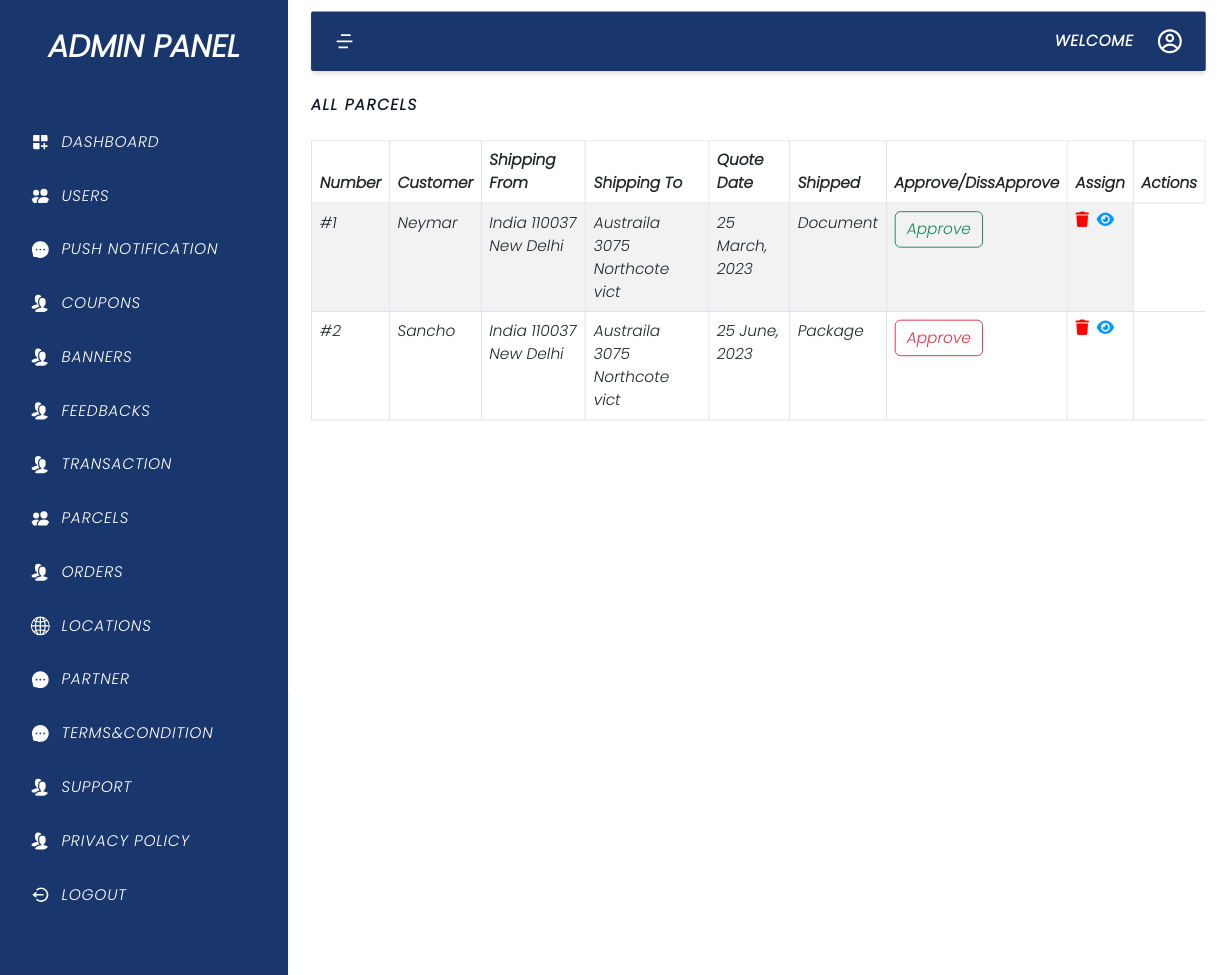
Repository: FlyweisReact/sarita
Page: /astro
An editor plug-in stored every save of this project. The page is shown before and after a run of saves, followed by the edit.
The browser window is 1280 px wide. The pictures show the whole page, at 96% of full size.
Some web libraries are served in a nearby version. The project was rebuilt for these pictures with package versions that can differ from the ones it lists, and the page was loaded fresh each time. Also part of the build but not shown: src/vendorPanel/forms/VendorLogin.jsx, src/vendorPanel/pages/AdminDiscount.js, src/vendorPanel/pages/AdminReview.js, src/vendorPanel/pages/Banners.js, src/vendorPanel/pages/Booking.js, src/vendorPanel/pages/Horoscope.js, src/vendorPanel/pages/Kundli.js, src/vendorPanel/pages/Message.js and 8 more.

Above is the page before, as saved 2023-04-19 13:18:13.

### public/index.html
<!-- @format -->

<!DOCTYPE html>
<html lang="en">
  <head>
    <meta charset="utf-8" />
    <meta name="viewport" content="width=device-width, initial-scale=1" />
    <meta name="theme-color" content="#000000" />
    <meta
      name="description"
      content="Web site created using create-react-app"
    />
    <link rel="apple-touch-icon" href="%PUBLIC_URL%/favicon.ico?v=2" />
    <link rel="manifest" href="%PUBLIC_URL%/manifest.json" />
    <link rel="preconnect" href="https://fonts.googleapis.com">
<link rel="preconnect" href="https://fonts.gstatic.com" crossorigin>
<link href="https://fonts.googleapis.com/css2?family=Roboto+Mono:ital,wght@1,300&display=swap" rel="stylesheet">
    <title>Ship24*7</title>
  </head>
  <body>
    <noscript>You need to enable JavaScript to run this app.</noscript>
    <div id="root"></div>
    <script src="https://code.jquery.com/jquery-3.6.0.min.js"></script>
    <script src="https://kit.fontawesome.com/b533b351e4.js" crossorigin="anonymous"></script>
  </body>
</html>

### src/index.js
import React from "react";
import ReactDOM from "react-dom/client";
import "./index.css";
import App from "./App";
import { BrowserRouter } from "react-router-dom";
import 'bootstrap/dist/css/bootstrap.min.css'

const root = ReactDOM.createRoot(document.getElementById("root"));
root.render(
  <React.StrictMode>
    <BrowserRouter>
      <App />
    </BrowserRouter>
  </React.StrictMode>
);

### src/index.css
/** @format */

@tailwind base;
@tailwind components;
@tailwind utilities;
@import url("https://fonts.googleapis.com/css2?family=Roboto+Mono:ital,wght@1,300&display=swap");
@font-face {
  font-family: Roboto;
  src: url("./Fonts/Poppins-LightItalic.ttf");
}
body {
  margin: 0;
  font-family: Roboto !important;
  -webkit-font-smoothing: antialiased;
  -moz-osx-font-smoothing: grayscale;
}

code {
  font-family: Roboto !important;
}

html {
  font-family: Roboto !important;
}

::-webkit-scrollbar {
  width: 10px;
}
.fa-trash {
  color: red;
  cursor: pointer;
}

.iCOn {

  transition: 0.5s;
  box-shadow: none;
  transform: scale(1);
}
.cardDiv{
  cursor: pointer;
}

.cardDiv:hover .iCOn{
  box-shadow: rgba(0, 0, 0, 0.35) 0px 5px 15px;
  transform: scale(1.3);
}

/* Track */
::-webkit-scrollbar-track {
  background: #f1f1f1;
}

/* Handle */
::-webkit-scrollbar-thumb {
  background: #888;
}

/* Handle on hover */
::-webkit-scrollbar-thumb:hover {
  background: #555;
}
.profileImage {
  width: 100px;
}
.fa-eye {
  color: #029aff;
  cursor: pointer;
}
.fa-edit {
  cursor: pointer;
  color: blue;
}

.View {
  border: 1px solid black;
  width: 100%;
  padding: 10px;
}

.main-card--container {
  display: grid;
  grid-template-columns: repeat(3, minmax(300px, 500px));
  grid-gap: 50px;
  justify-content: space-around;
}
.card-container {
  margin: 25px 0 auto;
  box-shadow: rgba(0, 0, 0, 0.35) 0px 5px 15px;
  position: relative;
  display: grid;
  grid-template-columns: 1fr;
  justify-content: space-around;
  align-items: flex-start;
}

.myEdit:focus {
  box-shadow: rgba(0, 0, 0, 0.35) 0px 5px 15px;
}



.AstroLogin{
  color: #fff;
  background-color: #2b7a8e;
  padding: 10px;
  width: 380px;
  text-align: center;
  font-size: 20px;
  background: linear-gradient(to left, #2b7a8e 50%, #fff 50%) right;
  background-size: 200%;
  transition: 0.5s ease-out;
  border: 1px solid #2b7a8e;
  margin-top: 10px;
  text-transform: uppercase;
}
.AstroLogin:hover {
  background-position: left;
  color: #2b7a8e;
}

.EcommerceAdminLogin{
  color: #fff;
  background-color: #19376d ;
  padding: 10px;
  width: 380px;
  text-align: center;
  font-size: 20px;
  background: linear-gradient(to left, #19376d 50%, #fff 50%) right;
  background-size: 200%;
  transition: 0.5s ease-out;
  border: 1px solid #19376d;
  margin-top: 10px;
  text-transform: uppercase;
}

.EcommerceAdminLogin:hover{
  background-position: left;
  color: #19376d;
}
.EcommerceVendorLogin{
  color: #fff;
  background-color: #576cbc;
  padding: 10px;
  width: 380px;
  text-align: center;
  font-size: 20px;
  background: linear-gradient(to left, #576cbc 50%, #fff 50%) right;
  background-size: 200%;
  transition: 0.5s ease-out;
  border: 1px solid #576cbc;
  margin-top: 10px;
  text-transform: uppercase;
}

.EcommerceVendorLogin:hover{
  background-position: left;
  color: #576cbc;
}

.view{
  background-color: #2196f3;
  color: #fff;
  width: 50%;
  padding: 5px;
}


.two-sec{
display:flex;
justify-content: space-evenly;
  justify-content: space-evenly;
}
.two-sec .left{
  width: 60%;
  background-color: #f6f1ef;
  padding: 20px;
 }
 .two-sec .left .head{
  font-size: 25px;
  font-weight: bold;
 }



.two-sec .right{
  width: 30%;
  background-color: #f6f1ef;
 }

 .searchDiv{
  width: 100%;
  display: flex;
  gap: 10px;
  border: 1px solid rgb(179, 179, 179);
  padding: 10px;
  margin-bottom: 20px;
  align-items: center;
 }
 .searchDiv input {
  width: 94%;
  outline: none;
  border: none;
 }

### src/App.js
/** @format */

import { Routes, Route } from "react-router-dom";
import { ToastContainer } from "react-toastify";
import "react-toastify/dist/ReactToastify.css";
import VendorLogin from "./vendorPanel/forms/VendorLogin";
import AdminDiscount from "./vendorPanel/pages/AdminDiscount";
import AdminReview from "./vendorPanel/pages/AdminReview";
import Astrologers from "./vendorPanel/pages/Astrologers";
import Banners from "./vendorPanel/pages/Banners";
import Booking from "./vendorPanel/pages/Booking";
import Horoscope from "./vendorPanel/pages/Horoscope";
import Kundli from "./vendorPanel/pages/Kundli";
import Message from "./vendorPanel/pages/Message";
import UploadDocs from "./vendorPanel/pages/UploadDocs";
import Users from "./vendorPanel/pages/Users";
import VendorDashboard from "./vendorPanel/pages/VendorDashboard.jsx";
import AdminUsers from "./vendorPanel/pages/AdminUsers";
import AdminBlogs from "./vendorPanel/pages/AdminBlogs";
import AdminCategory from "./vendorPanel/pages/AdminCategory";
import Support from "./vendorPanel/pages/Support";
import AdminTerms from "./vendorPanel/pages/AdminTerms";

function App() {
  return (
    <>
      <ToastContainer />

      <Routes>
        <Route path="/" element={<VendorLogin />} />
        <Route path="/vendorDashboard" element={<VendorDashboard />} />
        <Route path="/msg" element={<Message />} />
        <Route path="/admin/users" element={<AdminUsers />} />
        <Route path="/AdminDiscount" element={<AdminDiscount />} />
        <Route path="/Banners" element={<Banners />} />
        <Route path="/adminReviews" element={<AdminReview />} />

        <Route path="/admin/blogs" element={<AdminBlogs />} />
        <Route path="/book" element={<Booking />} />

        <Route path="/horo" element={<Horoscope />} />
        <Route path="/astro" element={<Astrologers />} />
        <Route path="/kundli" element={<Kundli />} />



        <Route path="/uploadDocs" element={<UploadDocs />} />
        <Route path="/privacy-policy" element={<Users />} />
        <Route path="/admin/category" element={<AdminCategory />} />
        <Route path="/admin/support" element={<Support />} />
        <Route path="/admin/terms" element={<AdminTerms />} />

      </Routes>
    </>
  );
}

export default App;

### src/vendorPanel/pages/Astrologers.js
/** @format */

import React, { useState } from "react";
import HOC from "../layout/HOC";
import { Table, Modal, Form, Button, Container } from "react-bootstrap";

const Astrologers = () => {
  const [modalShow, setModalShow] = React.useState(false);
  const [viewModal, setViewModal] = useState(false);

  // Add Astrologer
  function MyVerticallyCenteredModal(props) {
    return (
      <Modal
        {...props}
        size="lg"
        aria-labelledby="contained-modal-title-vcenter"
        centered
      >
        <Modal.Header closeButton>
          <Modal.Title id="contained-modal-title-vcenter" style={{textTransform : 'uppercase'}}>
            Add Astrologer
          </Modal.Title>
        </Modal.Header>
        <Modal.Body>
          <Form>
           <Form.Select className="mb-3">
            <option>--Select --</option>
            <option>R9</option>
            <option>CR7</option>
            <option></option>
           </Form.Select>
            <Button variant="outline-success" type="submit">
              Submit
            </Button>
          </Form>
        </Modal.Body>
      </Modal>
    );
  }

  // View Astrolger
  function ViewModal(props) {
    return (
      <Modal
        {...props}
        size="lg"
        aria-labelledby="contained-modal-title-vcenter"
        centered
      >
        <Modal.Header closeButton>
          <Modal.Title id="contained-modal-title-vcenter" style={{textTransform : 'uppercase'}}>
            View Quote
          </Modal.Title>
        </Modal.Header>
        <Modal.Body>
          <Container>
            <p className="View">
              {" "}
              <strong>Customer :  </strong> Sancho{" "}
            </p>
            <p className="View">
              {" "}
              <strong> Shipping From :  </strong> India 110037 New Delhi{" "}
            </p>
            <p className="View">
              {" "}
              <strong> Shipping To :  </strong> Australia  3075 Northcote
            </p>
            <p className="View">
              {" "}
              <strong> What is getting Shipped :  </strong> Document {" "}
            </p>
            <p className="View">
              {" "}
              <strong>  Weight : </strong> 60 Grams{" "}
            </p>
            <p className="View">
              {" "}
              <strong> Length (cm) : </strong> 60{" "}
            </p>
            <p className="View">
              {" "}
              <strong> Width :  </strong> 40 {" "}
            </p>
            <p className="View">
              {" "}
              <strong>Height (cm) : </strong> 30.0{" "}
            </p>
            <p className="View">
              {" "}
              <strong> Quantity :  </strong> 2{" "}
            </p>
            <p className="View">
              {" "}
              <strong> Shipment Value :  </strong>  $50{" "}
            </p>

          </Container>
        </Modal.Body>
      </Modal>
    );
  }



  return (
    <>
      <MyVerticallyCenteredModal
        show={modalShow}
        onHide={() => setModalShow(false)}
      />
      <ViewModal show={viewModal} onHide={() => setViewModal(false)} />

      <section>
        <div className="pb-4 sticky top-0  w-full flex justify-between items-center bg-white">
          <span className="tracking-widest text-slate-900 font-semibold uppercase ">
            All Parcels
          </span>
        </div>

        <div className="wcomp overflow-x-auto">
          <Table striped bordered hover>
            <thead>
              <tr>
                <th>Number</th>
                <th>Customer</th>
                <th>Shipping From </th>
                <th>Shipping To</th>
                <th>Quote Date</th>
                <th>Shipped</th>
                <th>Approve/DissApprove</th>
                <th>Assign</th>
                <th>Actions</th>
              </tr>
            </thead>
            <tbody>
              <tr>
              <td>#1</td>
              <td>Neymar</td>
              <td>India 110037 New Delhi</td>
              <td>Austraila 3075 Northcote vict</td>
              <td>25 March, 2023</td>
              <td>Document</td>
              <td>
                <Button variant="outline-success">Approve</Button>
              </td>
                <td>
                  <span className="d-flex gap-2">
                    <i className="fa-solid fa-trash" />
                    <i
                      className="fa-sharp fa-solid fa-eye"
                      onClick={() => setViewModal(true)}
                    ></i>
                  </span>
                </td>
              </tr>
              <tr>
              <td>#2</td>
              <td>Sancho</td>
              <td>India 110037 New Delhi</td>
              <td>Austraila 3075 Northcote vict</td>
              <td>25 June, 2023</td>
              <td>Package</td>
      <td>
      <Button variant="outline-danger">Approve</Button>

      </td>
                <td>
                  <span className="d-flex gap-2">
                    <i className="fa-solid fa-trash" />
                    <i
                      className="fa-sharp fa-solid fa-eye"
                      onClick={() => setViewModal(true)}
                    ></i>
                  </span>
                </td>
              </tr>
            </tbody>
          </Table>
        </div>
      </section>
    </>
  );
};

export default HOC(Astrologers);

### src/vendorPanel/layout/HOC.jsx
import React, { useState } from "react";
import Navbar from "./Navbar";
import Sidebar from "./Sidebar";

const HOC = (Wcomponenet) => {
  return function Component() {
    const [hamb, setHamb] = useState(false);
    return (
      <>
        <section className="flex overflow-x-hidden relative">
          {/* Sidebar */}
          <div
            className={
              hamb
                ? " absolute top-0 z-30 md:w-auto shadow-md bg-slate-200  w-60 transition-all md:-left-full left duration-150  h-auto overflow-y-auto  left-0 "
                : " md:w-72 z-30 bg-slate-200  shadow-md  md:static absolute top-0 -left-full   transition-all duration-150  overflow-y-auto h-auto"
            }
            style={{minWidth : '300px'}}
          >
            <Sidebar hamb={hamb} setHamb={setHamb} />
          </div>
          {/* Components & Navbar */}
          <div
            className={
              hamb
                ? " transition-all px-4 py-2  bg-white duration-150 w-full h-screen"
                : " w-full h-screen  px-4 py-2  bg-white z-50 transition-all duration-150 "
            }
          >
            <Navbar hamb={hamb} setHamb={setHamb} />
            <div className="my-6 text-#000 h-[87%] wcomp overflow-y-auto">
              <Wcomponenet />
            </div>
          </div>
        </section>
      </>
    );
  };
};

export default HOC;

### src/vendorPanel/layout/Navbar.jsx
/** @format */

import { RiMenu4Line } from "react-icons/ri";
import { CgProfile } from "react-icons/cg";
import Form from "react-bootstrap/Form";
import { useState } from "react";
import Button from "react-bootstrap/Button";
import Modal from "react-bootstrap/Modal";
import Container from "react-bootstrap/Container";

function MyVerticallyCenteredModal(props) {
  return (
    <Modal
      {...props}
      size="lg"
      aria-labelledby="contained-modal-title-vcenter"
      centered
    >
      <Modal.Header closeButton>
        <Modal.Title id="contained-modal-title-vcenter">
          Edit Profile
        </Modal.Title>
      </Modal.Header>
      <Modal.Body>
        <Container style={{ width: "600px" }}>
          <Form>
            <Form.Group className="mb-3" controlId="formBasicEmail">
              <Form.Label>Name</Form.Label>
              <Form.Control type="text" placeholder="Admin" />
            </Form.Group>
            <Form.Group className="mb-3" controlId="formBasicPassword">
              <Form.Label>Email Address</Form.Label>
              <Form.Control type="email" placeholder="admin@gmail.com" />
            </Form.Group>
            <Form.Group className="mb-3" controlId="formBasicPassword">
              <Form.Label>Password</Form.Label>
              <Form.Control type="password" placeholder="Password" />
            </Form.Group>
            <Button
              style={{ backgroundColor: "#19376d", borderRadius: "0" }}
              type="submit"
            >
              Edit
            </Button>
          </Form>
        </Container>
      </Modal.Body>
    </Modal>
  );
}

const Navbar = ({ hamb, setHamb }) => {
  const [modalShow, setModalShow] = useState(false);

  return (
    <>
      <MyVerticallyCenteredModal
        show={modalShow}
        onHide={() => setModalShow(false)}
      />

      <div
        className={
          hamb
            ? "flex  w-full justify-between  my-1 rounded-sm  p-4 py-3 shadow-md items-center  bg-slate-200 space-x-4"
            : "flex  w-full justify-between my-1 rounded-sm  p-4 py-3 shadow-md items-center  bg-slate-200 space-x-4"
        }
        style={{ backgroundColor: "#19376d" }}
      >
        <RiMenu4Line
          onClick={() => setHamb(!hamb)}
          className="text-2xl font-bold text-gray-900 hover:scale-90 cursor-pointer"
          style={{ color: "#fff" }}
        />

        <section className="flex sm:ml-auto justify-end sm:w-full items-center space-x-2  pr-2">
          <figcaption className="tracking-wider pl-1 font-semibold">
            <div
              className="lg:text-base text-sm text-gray-900  uppercase"
              style={{ color: "#fff" }}
            >
              Welcome
            </div>
          </figcaption>
        </section>

        <CgProfile
          onClick={() => setModalShow(true)}
          className="text-2xl sm:text-3xl font-bold text-[rgb(241,146,46)] cursor-pointer"
          style={{ color: "#fff" }}
        />
      </div>
    </>
  );
};

export default Navbar;

### src/vendorPanel/layout/Sidebar.jsx
/** @format */

import React from "react";
import { RiCloseLine } from "react-icons/ri";
import { Link, useNavigate } from "react-router-dom";
import { BsFillPeopleFill } from "react-icons/bs";
import { ImUsers } from "react-icons/im";
import { BiLogOutCircle } from "react-icons/bi";
import { MdDashboardCustomize } from "react-icons/md";
import { BsGlobe2 } from "react-icons/bs";
import { AiFillMessage } from "react-icons/ai";

const Sidebar = ({ hamb, setHamb }) => {
  const navigate = useNavigate();

  const nav = [
    {
      icon: <MdDashboardCustomize className="text-xl mr-3 rounded-full " />,
      link: "/vendorDashboard",
      name: "DASHBOARD",
    },
    {
      icon: <BsFillPeopleFill className="text-xl mr-3 rounded-full " />,
      link: "/admin/users",
      name: "USERS",
    },
    {
      icon: <AiFillMessage className="text-xl mr-3 rounded-full " />,
      link: "/msg",
      name: "Push NOTIFICATION",
    },
    {
      icon: <ImUsers className="text-xl mr-3 rounded-full " />,
      link: "/AdminDiscount",
      name: "COUPONS",
    },
    {
      icon: <ImUsers className="text-xl mr-3 rounded-full " />,
      link: "/Banners",
      name: "BANNERS",
    },
    {
      icon: <ImUsers className="text-xl mr-3 rounded-full " />,
      link: "/adminReviews",
      name: "FEEDBACKS",
    },
    {
      icon: <ImUsers className="text-xl mr-3 rounded-full " />,
      link: "/admin/blogs",
      name: "Transaction",
    },
    {
      icon: <BsFillPeopleFill className="text-xl mr-3 rounded-full " />,
      link: "/astro",
      name: "Parcels",
    },

    {
      icon: <ImUsers className="text-xl mr-3 rounded-full " />,
      link: "/book",
      name: "Orders",
    },



    {
      icon: <BsGlobe2 className="text-xl mr-3 rounded-full " />,
      link: "/horo",
      name: "Locations",
    },
    {
      icon: <AiFillMessage className="text-xl mr-3 rounded-full " />,
      link: "/kundli",
      name: "Partner",
    },









    {
      icon: <AiFillMessage className="text-xl mr-3 rounded-full " />,
      link: "/admin/terms",
      name: "TERMS&CONDITION",
    },
    {
      icon: <ImUsers className="text-xl mr-3 rounded-full " />,
      link: "/admin/support",
      name: "SUPPORT",
    },
    {
      icon: <ImUsers className="text-xl mr-3 rounded-full " />,
      link: "/privacy-policy",
      name: "PRIVACY POLICY",
    },

  ];

  const logOut = () => {
    navigate("/");
  };

  return (
    <>
      <aside
        className="p-4 h-auto"
        style={{ backgroundColor: "#19376d", minHeight: "100vh" }}
      >
        {/* Top */}
        <div className="w-full md:hidden relative  p-2 mb-4">
          <RiCloseLine
            onClick={() => setHamb(!hamb)}
            className="text-3xl  absolute top-2 sm:hover:rotate-[228deg] transition-transform font-bold right-2 sm:hover:text-[22px] text-[rgb(241,146,46)] cursor-pointer"
          />
        </div>{" "}
        <figure className="flex  flex-col items-center">
          <span className="font-bold text-[#fff]" style={{ fontSize: "2rem"  , textAlign : 'center'}}>
            ADMIN PANEL
          </span>
        </figure>
        <nav className="py-6">
          {nav.map((nav) => {
            return (
              <Link
                to={nav.link}
                key={nav.name}
                className=""
                style={{ textDecoration: "none"  , textTransform : 'uppercase'}}
              >
                <span
                  className="flex my-3 items-center cursor-pointer text-gray-900    tracking-wider p-2 rounded-sm"
                  style={{ color: "#fff" }}
                >
                  {nav.icon} {nav.name}
                </span>
              </Link>
            );
          })}
          <span
            className="flex my-3 items-center cursor-pointer text-gray-900    tracking-wider p-2 rounded-sm"
            onClick={() => logOut()}
            style={{ color: "#fff", textTransform : 'uppercase' }}
          >
            <BiLogOutCircle className="text-xl mr-3 rounded-full " /> LogOut
          </span>
        </nav>
      </aside>
    </>
  );
};

export default Sidebar;

Loaded but not shown: tailwind.config.js (common file)

After the next 2 saves:
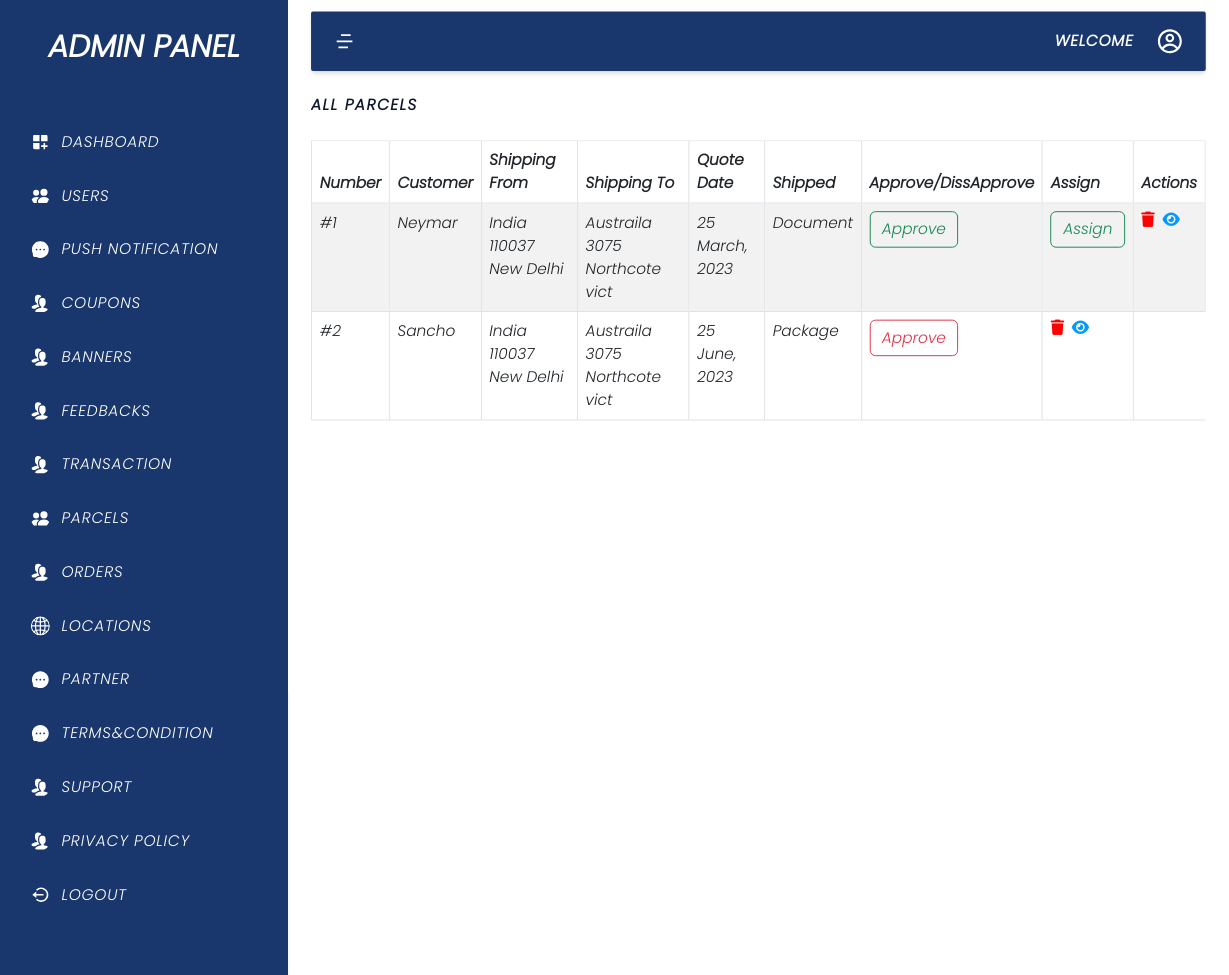
The 2 saves are shown as one change because they came seconds apart.
The last was saved 12 s later.
--- a/src/vendorPanel/pages/Astrologers.js
+++ b/src/vendorPanel/pages/Astrologers.js
@@ -145,6 +145,9 @@ const Astrologers = () => {
               <td>
                 <Button variant="outline-success">Approve</Button>
               </td>
+              <td>
+                <Button variant="outline-success">Assign</Button>
+              </td>
                 <td>
                   <span className="d-flex gap-2">
                     <i className="fa-solid fa-trash" />
